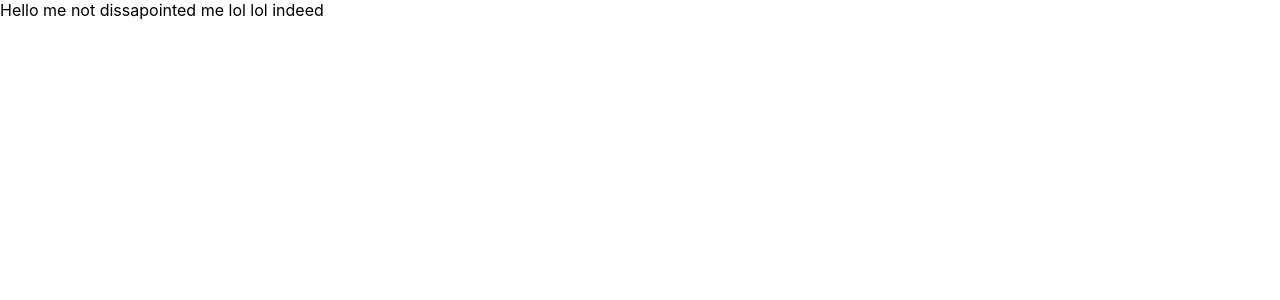
Repository: Suporl9/BaatCheeth
Page: /
An editor plug-in stored every save of this project. The page is shown before and after the next save, followed by the edit.
The browser window is 1280 px wide. The pictures show the whole page.
The project was rebuilt for these pictures with package versions that can differ from the ones it lists, and the page was loaded fresh each time. Also part of the build but not shown: src/App.css.

Above is the page before, as saved 2022-01-24 00:16:03.

After the next save:
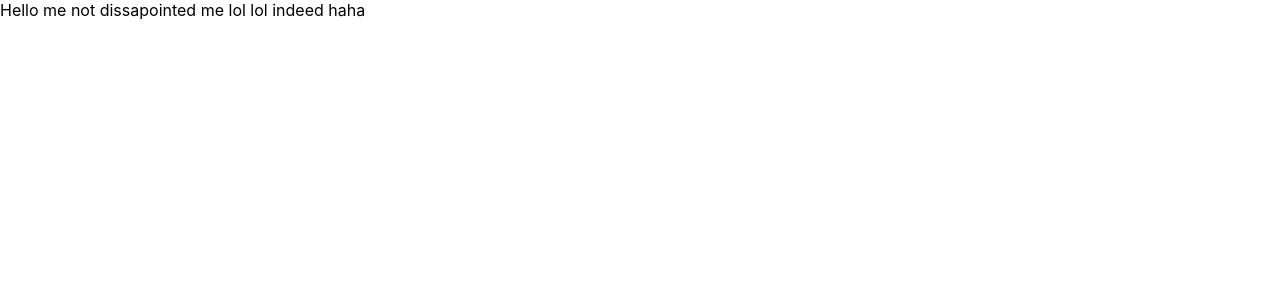
Saved 12 s later.
--- a/src/App.tsx
+++ b/src/App.tsx
@@ -2,7 +2,7 @@ import React from "react";
 import "./App.css";
 
 function App() {
-  return <div>Hello me not dissapointed me lol lol indeed</div>;
+  return <div>Hello me not dissapointed me lol lol indeed haha</div>;
 }
 
 export default App;
